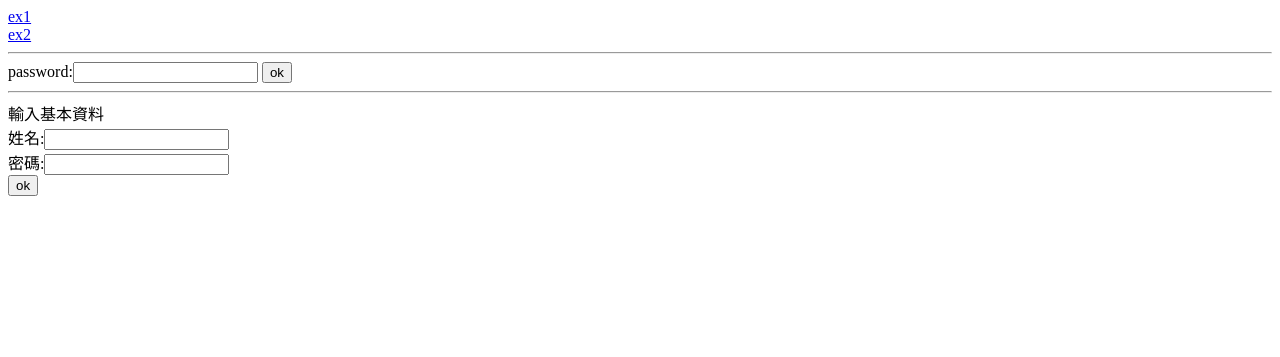
Repository: jtlai0921/javaweb1108
Page: javawebex/WebContent/servletEX/exam.html
These files come from the project's save history. The page is drawn as it stood at one moment and after the next save; the edit follows.
The browser window is 1280 px wide. The pictures show the whole page.

Above is the page before, as saved 2020-11-15 06:59:26.

### javawebex/WebContent/servletEX/exam.html
<!DOCTYPE html>
<html>
<head>
<meta charset="BIG5">
<title>Insert title here</title>
</head>
<body>
<a href="../ex1" target=_blank>ex1</a><br>
<a href="../ex2" target=_blank>ex2</a>
<hr>
<form action="../ex3" method="post">
password:<input type="password" name="password">
<input type="submit" value="ok">
</form>
<hr>
<form action="../ex3" method="post">
	輸入基本資料<br>
	姓名:<input type="text" name="name"><br>
	密碼:<input type="password" name="password"><br>
	<input type="submit" value="ok">
</form>
</body>
</html>

After the next save:
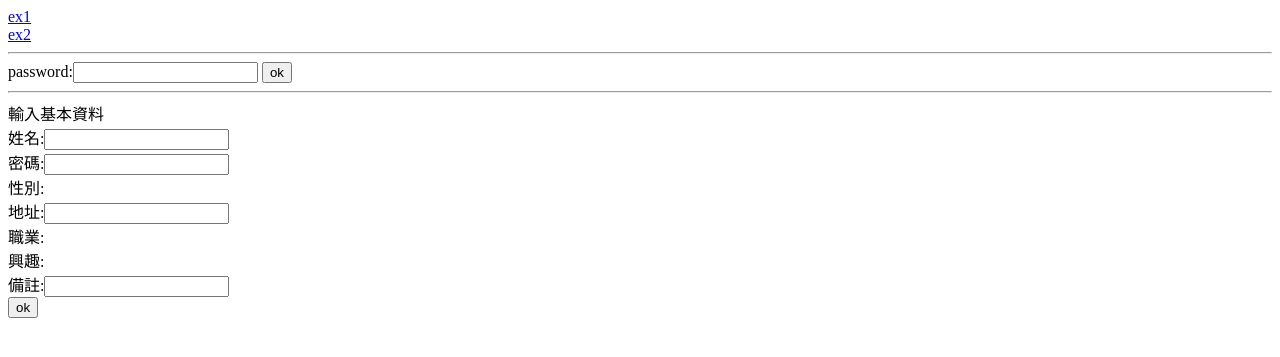
Saved 20 min 42 s later.
--- a/javawebex/WebContent/servletEX/exam.html
+++ b/javawebex/WebContent/servletEX/exam.html
@@ -17,6 +17,11 @@ password:<input type="password" name="password">
 	輸入基本資料<br>
 	姓名:<input type="text" name="name"><br>
 	密碼:<input type="password" name="password"><br>
+	性別:<br>
+	地址:<input type="password" name="password"><br>
+	職業:<br>
+	興趣:<br>
+	備註:<input type="password" name="password"><br>
 	<input type="submit" value="ok">
 </form>
 </body>
